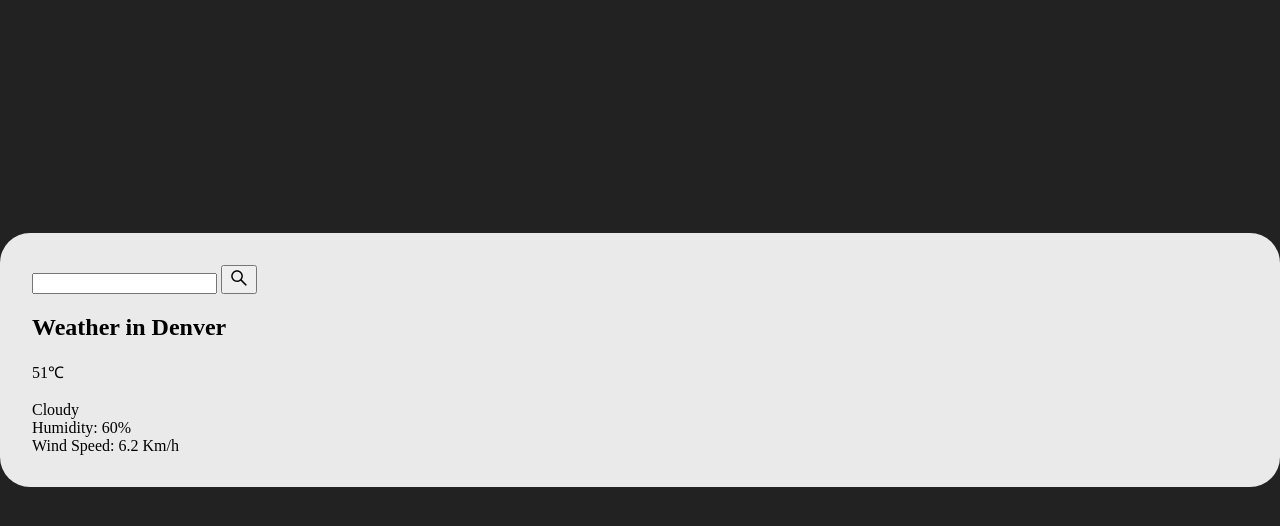
Repository: pin-seavmuy/JavaScript
Page: index.html
An editor plug-in stored every save of this project. The page is shown before and after a run of saves, followed by the edit.
The browser window is 1280 px wide. The pictures show the whole page.

Above is the page before, as saved 2024-04-21 22:54:45.

After the next 2 saves:
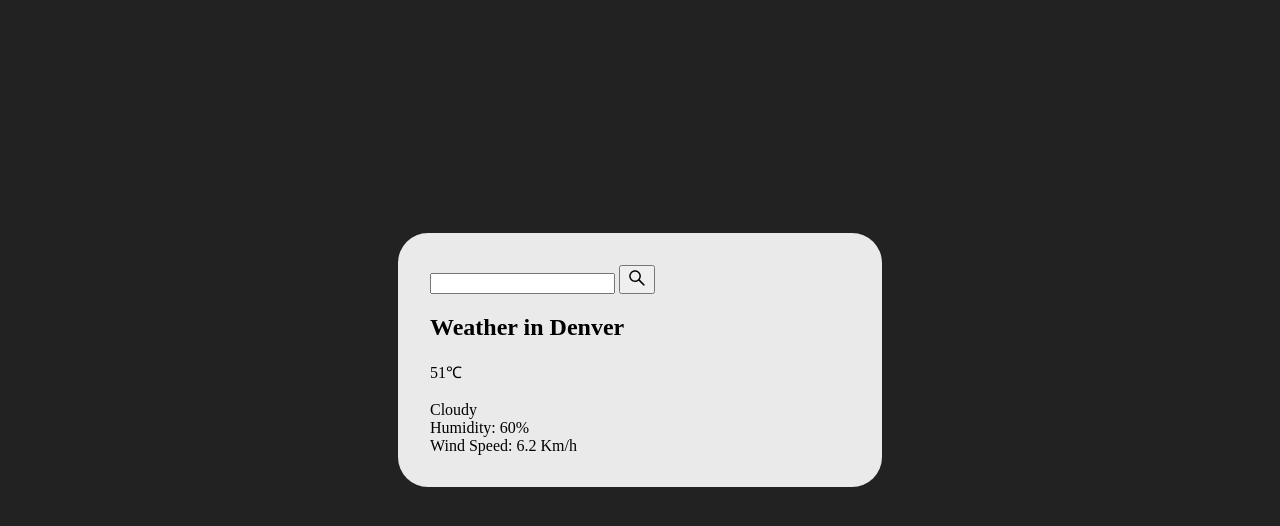
The 2 saves are shown as one change because they came seconds apart.
The last was saved 7 s later.
--- a/style.css
+++ b/style.css
@@ -11,4 +11,5 @@ body {
     padding: 2em;
     border-radius: 30px;
     width: 100%;
+    max-width: 420px;
 }
